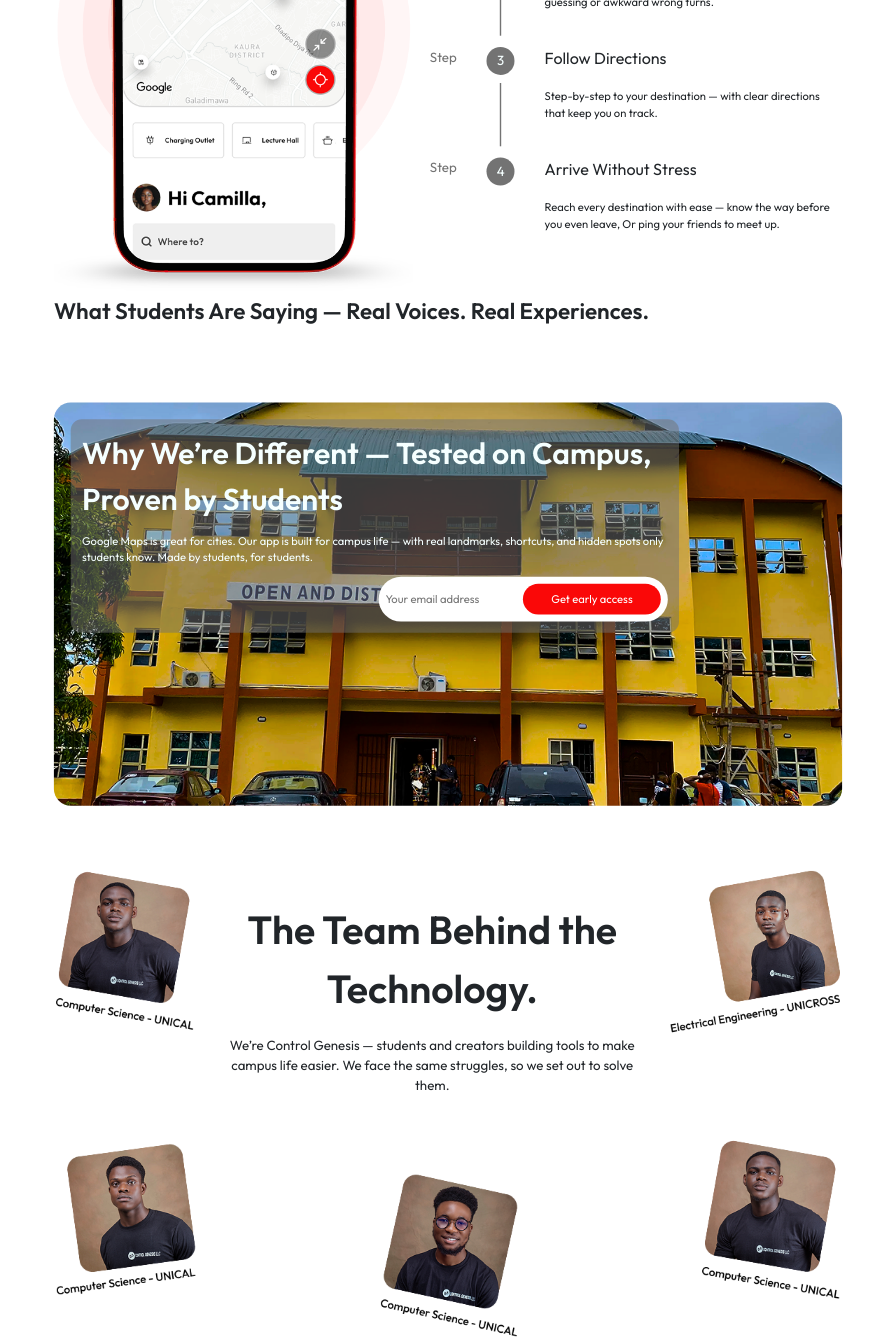
Repository: SahMenz/MUM-website
Page: /
These files come from the project's save history. The page is drawn as it stood at one moment and after the next save; the edit follows.
The browser window is 1280 px wide. The pictures show the part of the page from y = 4580 to 6500 px (the page is 7707 px tall), at 70% of full size.
The project was rebuilt for these pictures with package versions that can differ from the ones it lists, and the page was loaded fresh each time. Also part of the build but not shown: vite.config.js.

Above is the page before, as saved 2025-09-03 22:44:42.

After the next save:
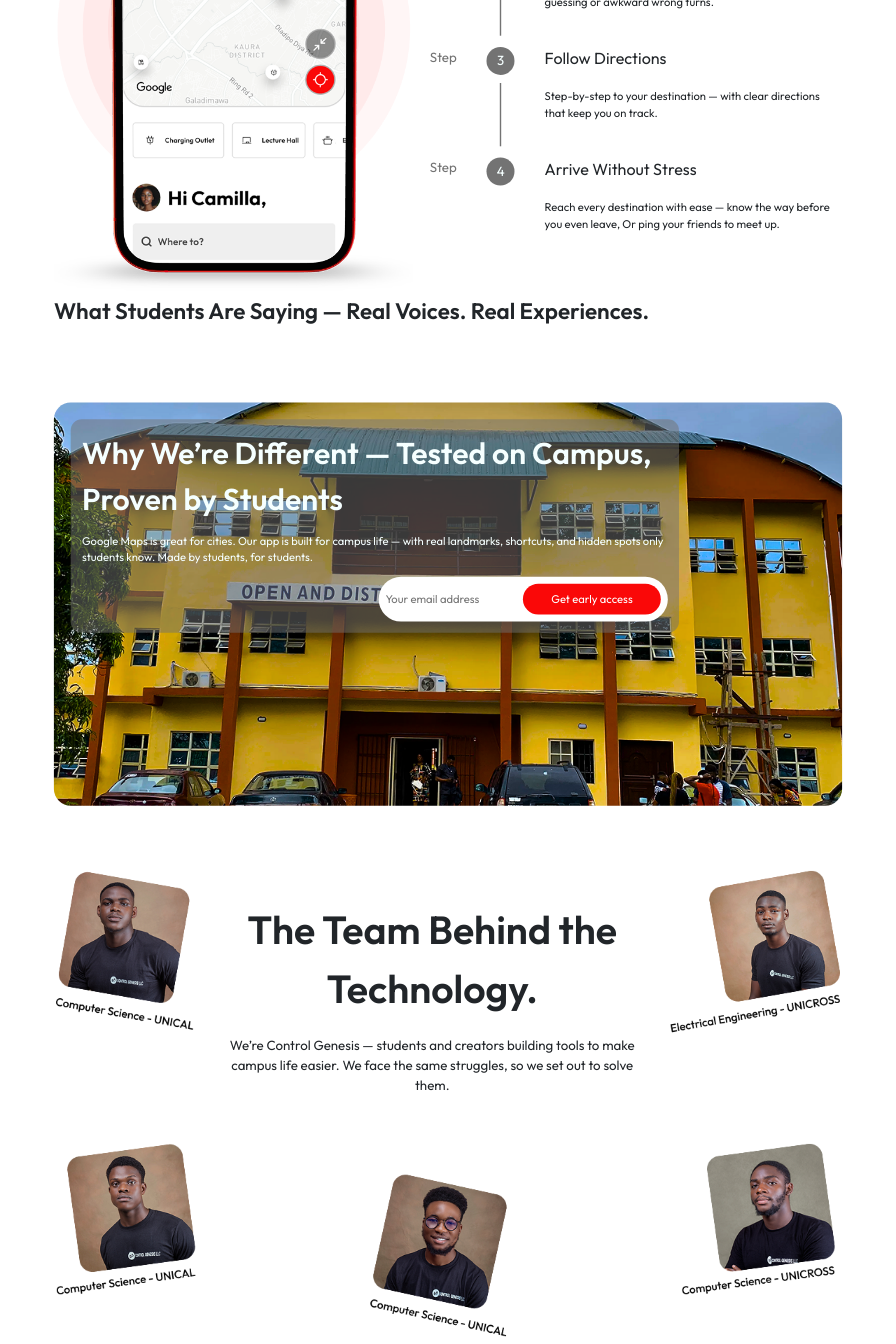
Saved 5 min 17 s later.
--- a/src/components/team/team.jsx
+++ b/src/components/team/team.jsx
@@ -3,6 +3,7 @@
 import img2 from "../../assets/images/img2.png";
 import img3 from "../../assets/images/img3.png";
 import img4 from "../../assets/images/img4.png";
+import img5 from "../../assets/images/img5.png";
 import "./team.css";
 function Team() {
   return (
@@ -64,7 +65,7 @@
         <div className="d-flex mt-5 align-items-center gap-5 justify-content-center flex-column flex-md-row justify-content-md-between"style={{top:"50px", position:"relative"}}>
           <img src={img3} />
           <img src={img4} style={{top:"50px", position:"relative"}}/>
-          <img src={img1} />
+          <img src={img5} />
         </div>
       </div>
     </div>
